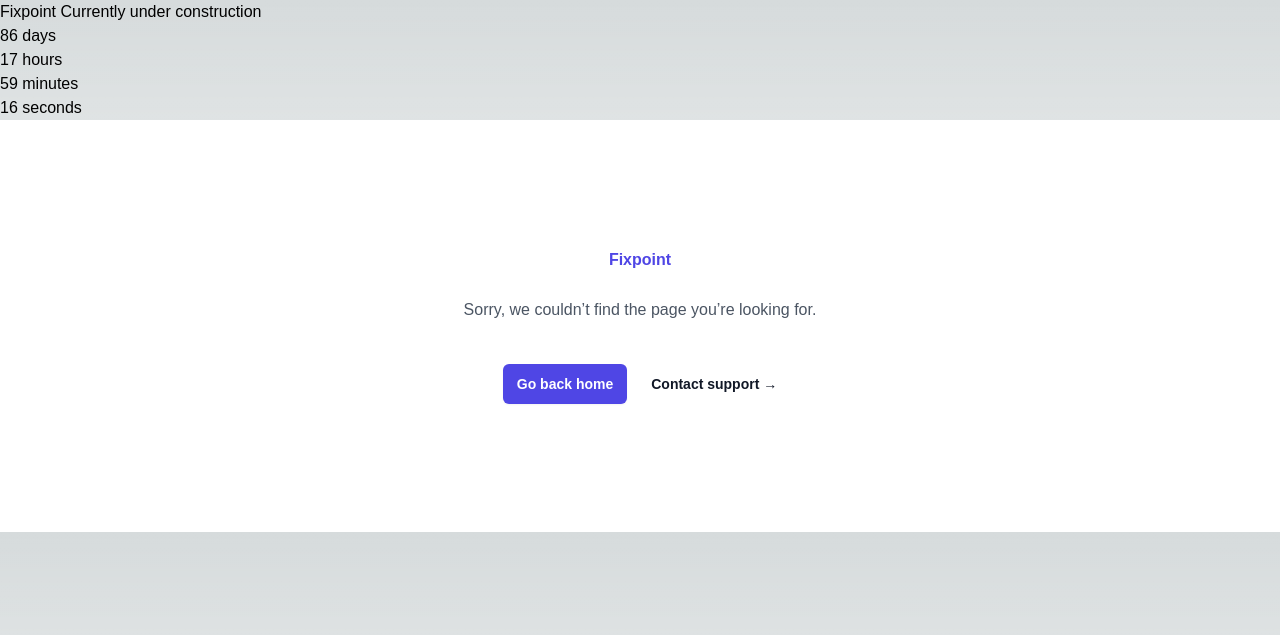
Repository: emorilebo/fixpoint_web
Page: /
These files come from the project's save history. The page is drawn as it stood at one moment and after a run of saves; the edit follows.
The browser window is 1280 px wide. The pictures show the whole page.
The project was rebuilt for these pictures with package versions that can differ from the ones it lists, and the page was loaded fresh each time. The framework's server and built-in components were replaced by stand-ins that run in the browser. Also part of the build but not shown: next.config.js.

Above is the page before, as saved 2023-09-15 20:10:06.

After the next 2 saves:
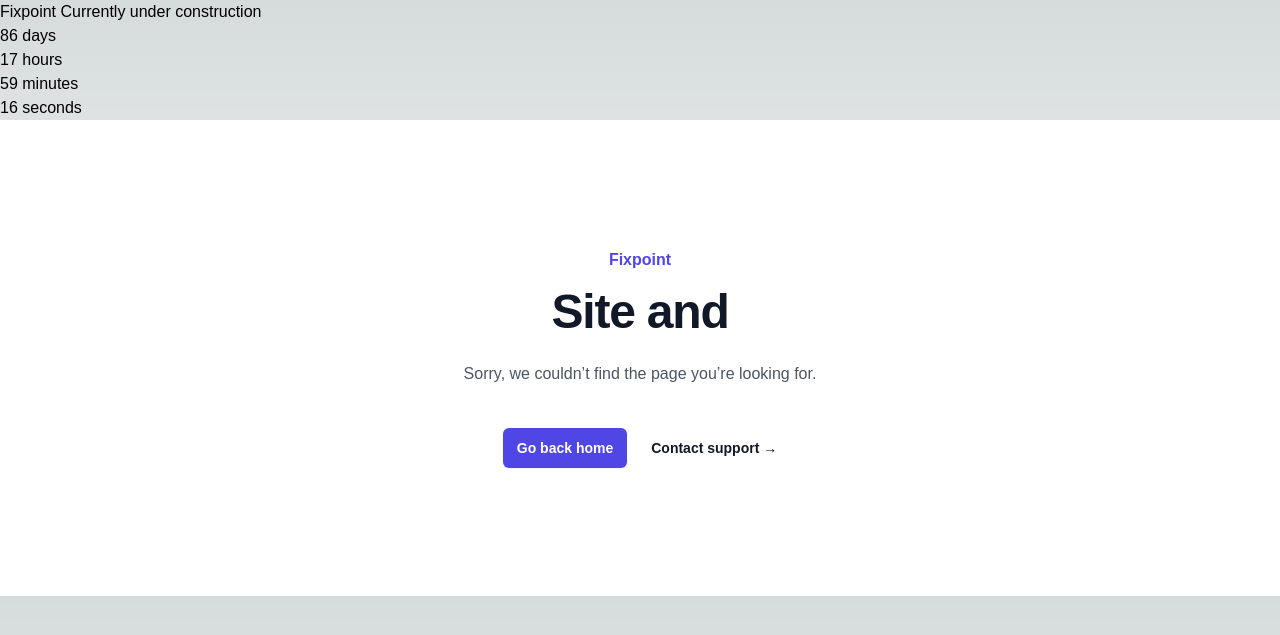
The 2 saves are shown as one change because they came seconds apart.
The last was saved 12 s later.
--- a/src/pages/index.tsx
+++ b/src/pages/index.tsx
@@ -12,7 +12,7 @@
       <main className="grid min-h-full place-items-center bg-white px-6 py-24 sm:py-32 lg:px-8">
         <div className="text-center">
           <p className="text-base font-semibold text-indigo-600">Fixpoint</p>
-          <h1 className="mt-4 text-3xl font-bold tracking-tight text-gray-900 sm:text-5xl"></h1>
+          <h1 className="mt-4 text-3xl font-bold tracking-tight text-gray-900 sm:text-5xl">Site and </h1>
           <p className="mt-6 text-base leading-7 text-gray-600">Sorry, we couldn’t find the page you’re looking for.</p>
           <div className="mt-10 flex items-center justify-center gap-x-6">
             <a
